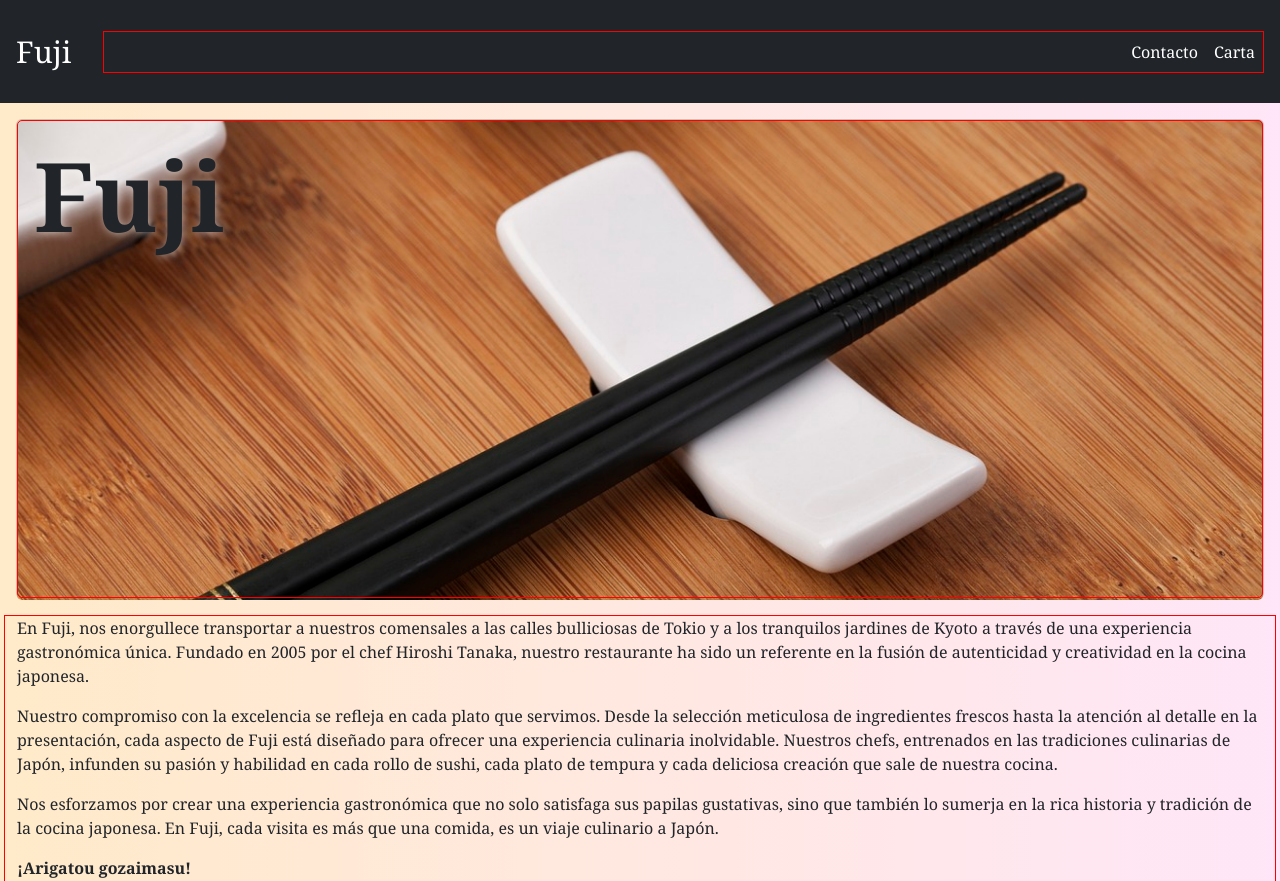
Repository: aipacheco/Fuji-restaurante
Page: index.html
The author's editor kept a copy of each file at every save. The page is drawn from the files as they stood at one save, then again after the next save.
The browser window is 1280 px wide. The pictures show the part of the page from y = 0 to 881 px (the page is 1313 px tall before and 1325 px after).
A picture or video elsewhere on the page could not be fetched, so the positions and the page height are approximate. Some web libraries are served in a nearby version.

Above is the page before, as saved 2024-01-29 17:39:18.

After the next save:
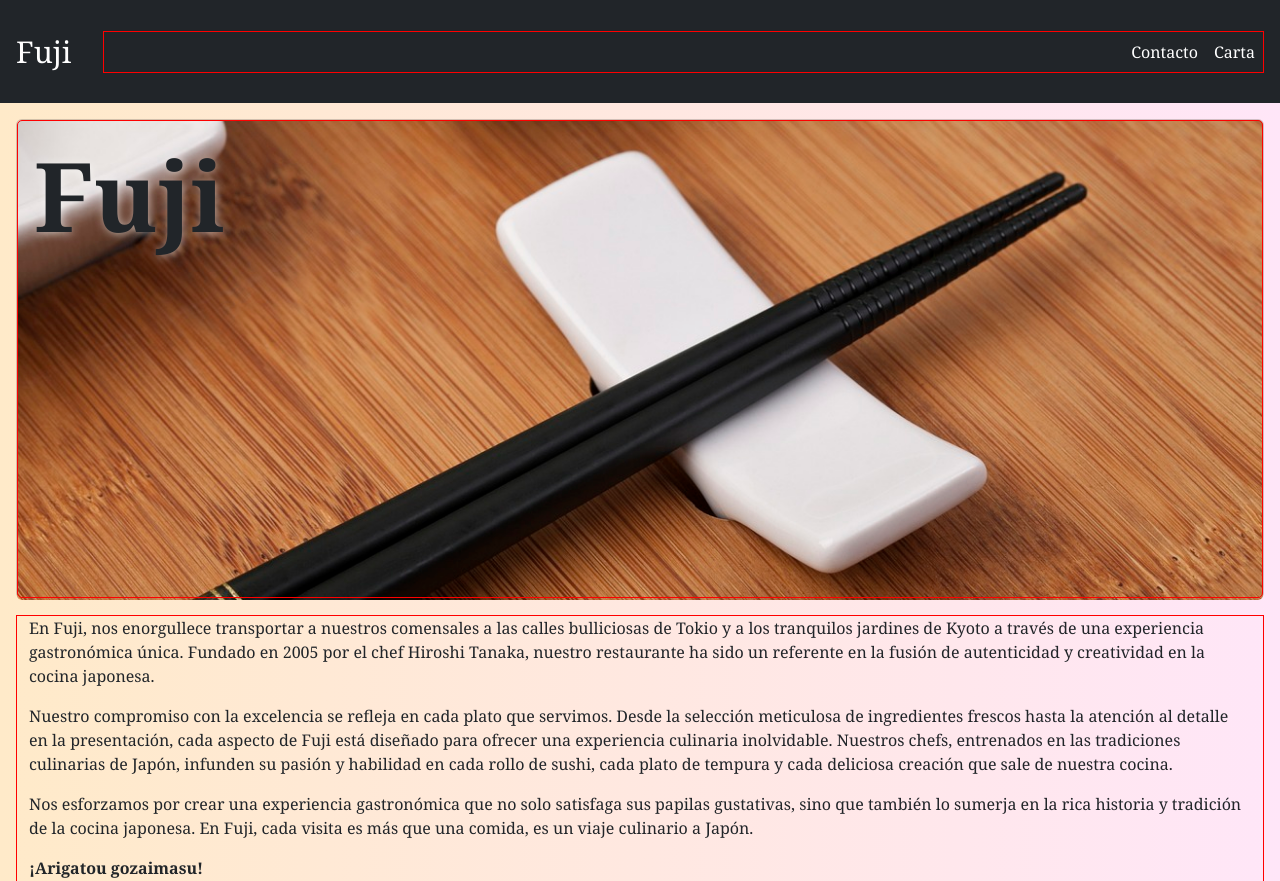
Saved 7 s later.
--- a/index.html
+++ b/index.html
@@ -59,7 +59,7 @@
       </div>
     </div>
 
-    <div class="row d-flex justify-content-center m-1">
+    <div class="row d-flex justify-content-center m-3">
       <p>
         En Fuji, nos enorgullece transportar a nuestros comensales a las
         calles bulliciosas de Tokio y a los tranquilos jardines de Kyoto a
